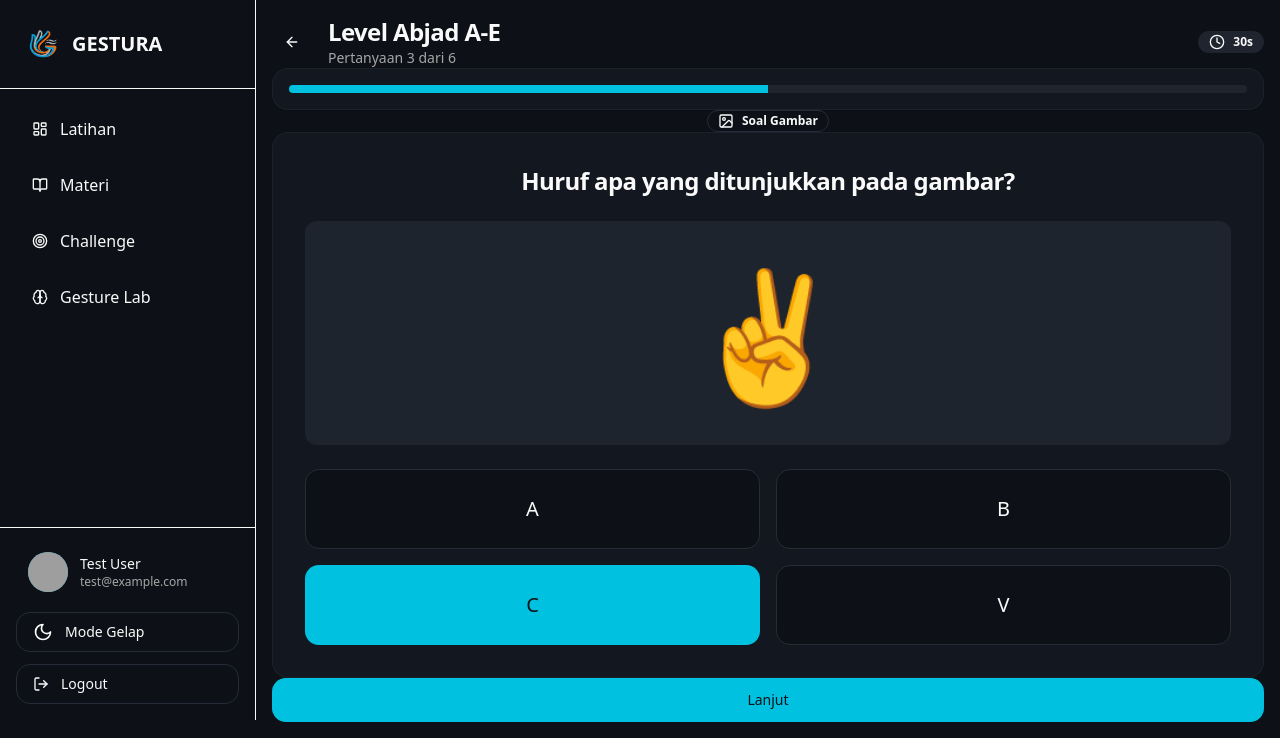
Repository: Tisna7/GESTURA
Page: http://localhost/latihan-isi-2
An editor plug-in stored every save of this project. The page is shown before and after the next save, followed by the edit.
The browser window is 1280 px wide. The pictures show the whole page.
Pictures or frames that could not be fetched are drawn as grey boxes. The page is served by the project's Laravel application, run on PHP 8.4 with Laravel 12. A made-up administrator, Test User (test@example.com), is signed in. Style sheets and scripts are compiled from the project's sources, by tool versions that may differ from the author's.

Above is the page before, as saved 2025-11-23 21:25:39.

After the next save:
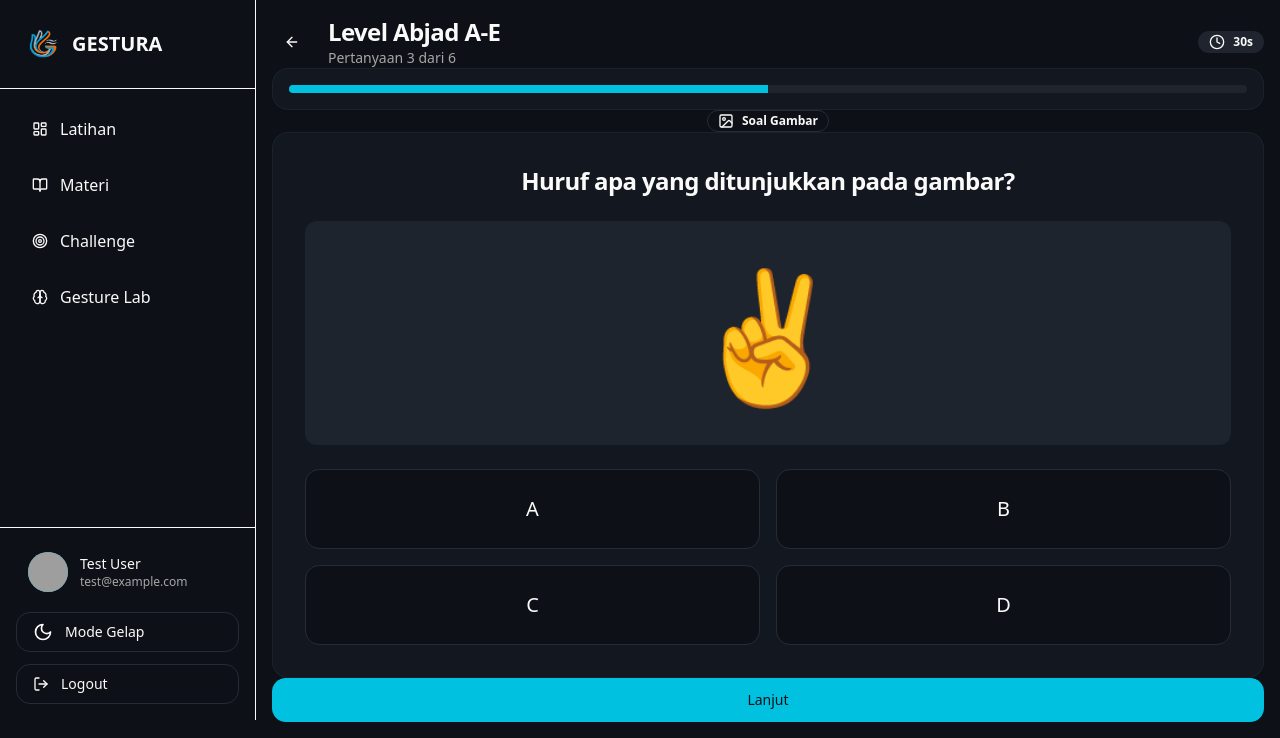
Saved 46 s later.
--- a/resources/views/user/quiz-isi-2.blade.php
+++ b/resources/views/user/quiz-isi-2.blade.php
@@ -56,8 +56,8 @@
                 <div class="grid grid-cols-2 gap-4"><button
                         class="inline-flex items-center justify-center gap-2 whitespace-nowrap font-medium ring-offset-background transition-colors focus-visible:outline-none focus-visible:ring-2 focus-visible:ring-ring focus-visible:ring-offset-2 disabled:pointer-events-none disabled:opacity-50 [&amp;_svg]:pointer-events-none [&amp;_svg]:size-4 [&amp;_svg]:shrink-0 border border-input bg-background hover:bg-accent hover:text-accent-foreground rounded-md px-8 h-20 text-xl">A</button><button
                         class="inline-flex items-center justify-center gap-2 whitespace-nowrap font-medium ring-offset-background transition-colors focus-visible:outline-none focus-visible:ring-2 focus-visible:ring-ring focus-visible:ring-offset-2 disabled:pointer-events-none disabled:opacity-50 [&amp;_svg]:pointer-events-none [&amp;_svg]:size-4 [&amp;_svg]:shrink-0 border border-input bg-background hover:bg-accent hover:text-accent-foreground rounded-md px-8 h-20 text-xl">B</button><button
-                        class="inline-flex items-center justify-center gap-2 whitespace-nowrap font-medium ring-offset-background transition-colors focus-visible:outline-none focus-visible:ring-2 focus-visible:ring-ring focus-visible:ring-offset-2 disabled:pointer-events-none disabled:opacity-50 [&amp;_svg]:pointer-events-none [&amp;_svg]:size-4 [&amp;_svg]:shrink-0 bg-primary text-primary-foreground hover:bg-primary/90 rounded-md px-8 h-20 text-xl hover-glow">C</button><button
-                        class="inline-flex items-center justify-center gap-2 whitespace-nowrap font-medium ring-offset-background transition-colors focus-visible:outline-none focus-visible:ring-2 focus-visible:ring-ring focus-visible:ring-offset-2 disabled:pointer-events-none disabled:opacity-50 [&amp;_svg]:pointer-events-none [&amp;_svg]:size-4 [&amp;_svg]:shrink-0 border border-input bg-background hover:bg-accent hover:text-accent-foreground rounded-md px-8 h-20 text-xl">V</button>
+                        class="inline-flex items-center justify-center gap-2 whitespace-nowrap font-medium ring-offset-background transition-colors focus-visible:outline-none focus-visible:ring-2 focus-visible:ring-ring focus-visible:ring-offset-2 disabled:pointer-events-none disabled:opacity-50 [&amp;_svg]:pointer-events-none [&amp;_svg]:size-4 [&amp;_svg]:shrink-0 border border-input bg-background hover:bg-accent hover:text-accent-foreground rounded-md px-8 h-20 text-xl">C</button><button
+                        class="inline-flex items-center justify-center gap-2 whitespace-nowrap font-medium ring-offset-background transition-colors focus-visible:outline-none focus-visible:ring-2 focus-visible:ring-ring focus-visible:ring-offset-2 disabled:pointer-events-none disabled:opacity-50 [&amp;_svg]:pointer-events-none [&amp;_svg]:size-4 [&amp;_svg]:shrink-0 border border-input bg-background hover:bg-accent hover:text-accent-foreground rounded-md px-8 h-20 text-xl">D</button>
                 </div>
             </div>
         </div><button
